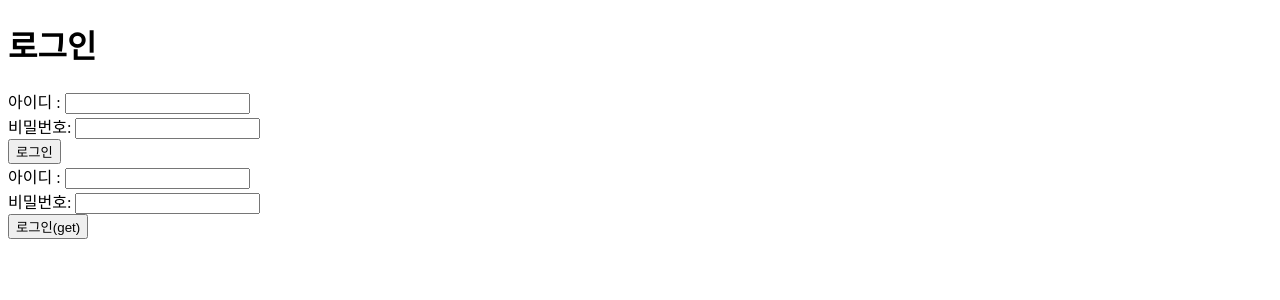
Repository: ReadStar/Jsp_MVC
Page: http://localhost/Test2/login.jsp
An editor plug-in stored every save of this project. The page is shown before and after a run of saves, followed by the edit.
The browser window is 1280 px wide. The pictures show the whole page.
The page is served by Tomcat 9.

Above is the page before, as saved 2020-11-03 01:04:14.

After the next 2 saves:
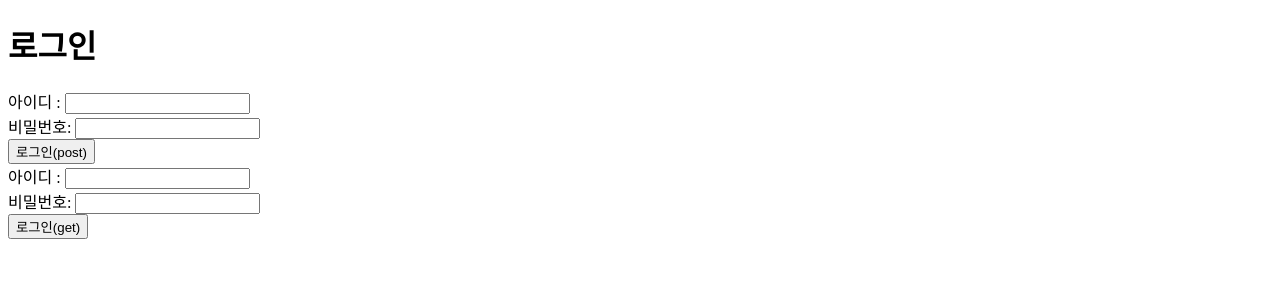
The 2 saves are shown as one change because they came seconds apart.
The last was saved 6 s later.
--- a/Test2/WebContent/login.jsp
+++ b/Test2/WebContent/login.jsp
@@ -11,11 +11,12 @@
 <form action="LoginPro.me" method="post">
 	아이디 : <input type="text" id="id"><br>
 	비밀번호: <input type="password" id="password"><br>
-	<input type="submit" value="로그인">
+	<input type="submit" value="로그인(post)">
 </form>
 <form action="LoginPro2.me" method="get">
 	아이디 : <input type="text" id="id"><br>
 	비밀번호: <input type="password" id="password"><br>
 	<input type="submit" value="로그인(get)">
+	</form>
 </body>
 </html>
